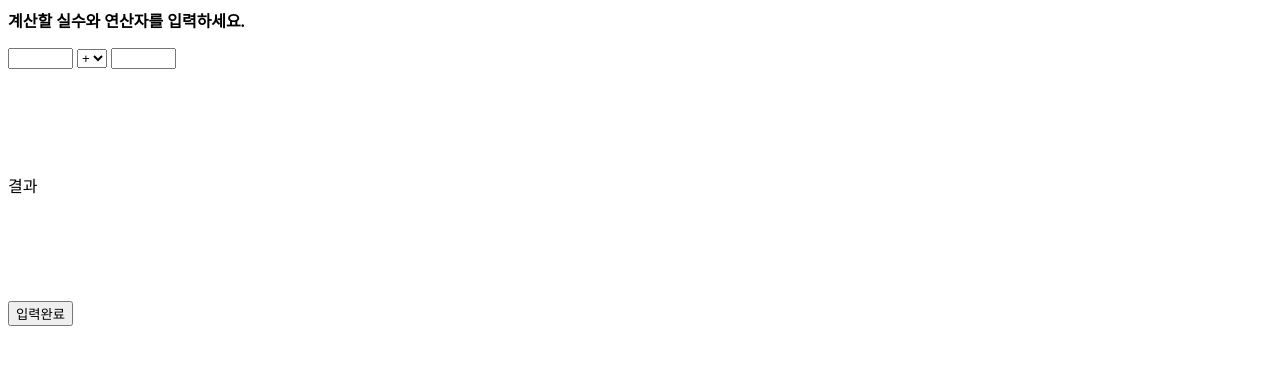
Repository: suhyun6363/JSP
Page: http://localhost/SecondProject/calFormHome.jsp
The author's editor kept a copy of each file at every save. The page is drawn from the files as they stood at one save, then again after the next save.
The browser window is 1280 px wide. The pictures show the whole page.
The page is served by Tomcat 9.

Above is the page before, as saved 2023-05-01 06:13:56.

### SecondProject/WebContent/calFormHome.jsp
<%@ page language="java" contentType="text/html; charset=UTF-8"
    pageEncoding="UTF-8"%>
<!DOCTYPE html>
<html>
<head>
<meta name="viewport" content="width=device-width,initial-scale=1.0"/>
<meta charset="UTF-8">
<title>계산기</title>
<style type="text/css">
  .parent {
  	display : table;
    width : 200px;
    height : 200px;
  }
  .child{
  	display : table-cell;
  	vertical-align : middle;
  }
</style>

<script src="js/jquery-3.6.4.min.js"></script>
<script>
$(document).ready(function() {
	  $("#b1").click(function() {
		  $.ajax({
			   type: "post",
			   url: "calProHome.jsp",
			   data: {num1:$("#t1").val(), operator:$("#operator option:selected").val(), num2:$("#t2").val()},
			   success: function(data) {
				 $(".child").html(data);
			   },
			   error: function() {
				 alert("로드실패");
			   }
	  	  });
	  });
});
</script>
</head>
<body>
<b>계산할 실수와 연산자를 입력하세요.</b><p>
<input type="text" id="t1" size=5>
<select id="operator" name="operator">
		       <option selected value="+">+ </option>
		       <option value="-">- </option>
		       <option value="*">* </option>
		       <option value="/">/ </option>
</select>
<input type="text" id="t2" size=5><p>
<div class="parent">
	<div class="child">결과</div>
</div><p>
<button id="b1">입력완료</button>
</body>
</html>

Loaded but not shown: SecondProject/WebContent/js/jquery-3.6.4.min.js (library)

After the next save:
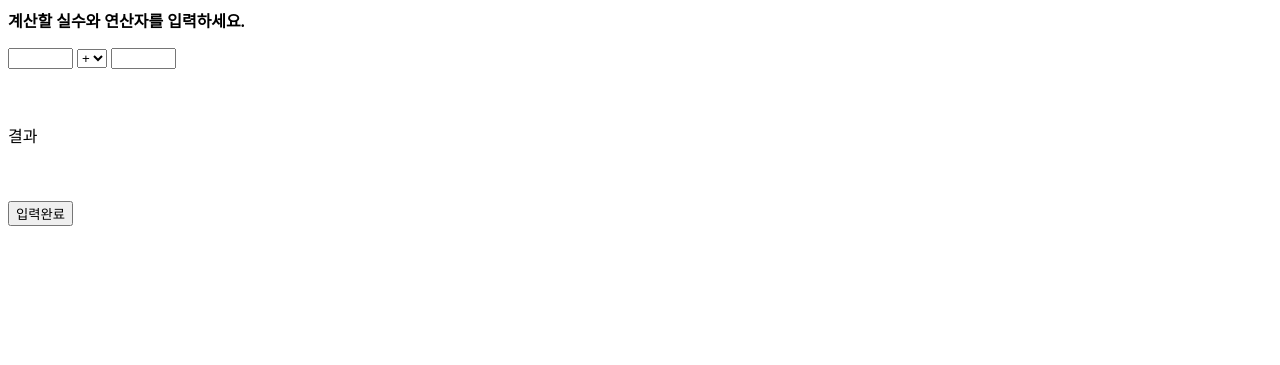
Saved 51 s later.
--- a/SecondProject/WebContent/calFormHome.jsp
+++ b/SecondProject/WebContent/calFormHome.jsp
@@ -10,7 +10,7 @@
   .parent {
   	display : table;
     width : 200px;
-    height : 200px;
+    height : 100px;
   }
   .child{
   	display : table-cell;
